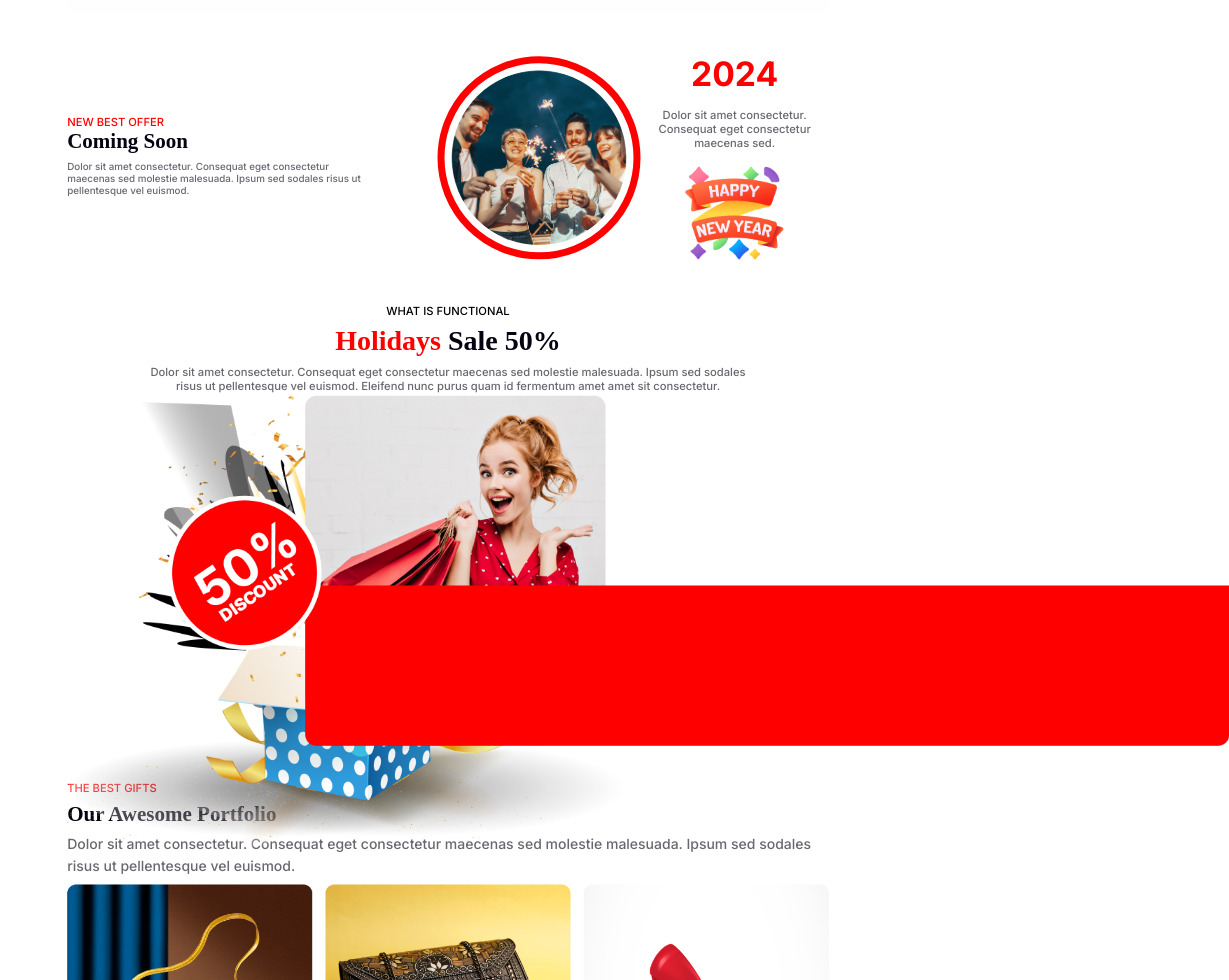
Repository: sumonkumarsarkar/new-year-2024
Page: index.html
These files come from the project's save history. The page is drawn as it stood at one moment and after the next save; the edit follows.
The browser window is 1280 px wide. The page is 1756 px wide, so the pictures cover 1756 px, including what lies to the right of the window. The pictures show the part of the page from y = 2359 to 3759 px (the page is 5500 px tall), at 70% of full size.

Above is the page before, as saved 2024-01-08 17:12:10.

### index.html
<!DOCTYPE html>
<html lang="en">
  <head>
    <meta charset="UTF-8" />
    <meta name="viewport" content="width=device-width, initial-scale=1.0" />
    <title>Happy Nwe Year-2024</title>
    <link rel="preconnect" href="https://fonts.googleapis.com" />
    <link rel="preconnect" href="https://fonts.gstatic.com" crossorigin />
    <link
      href="https://fonts.googleapis.com/css2?family=Inter:wght@100;200;300;500;600;700&display=swap"
      rel="stylesheet"
    />

    <link rel="stylesheet" href="https://cdnjs.cloudflare.com/ajax/libs/font-awesome/6.5.1/css/all.min.css" integrity="sha512-DTOQO9RWCH3ppGqcWaEA1BIZOC6xxalwEsw9c2QQeAIftl+Vegovlnee1c9QX4TctnWMn13TZye+giMm8e2LwA==" crossorigin="anonymous" referrerpolicy="no-referrer" />
    <link rel="stylesheet" href="/style.css" />
  </head>
  <body>
    <!-- banner-section start  -->
    <header>
      <div class="container banner">
        <div class="heading-text">
          <h4>Happy New Year</h4>
          <h3>New Year Party Celebration</h3>
        </div>
      </div>
    </header>
    <!-- banner-section end  -->

    <!-- holiday deal start  -->
    <section id="holiday-deal">
      <div class="container-holiday">
        <div class="holiday-text">
          <h2>65% OFF</h2>
          <p>OUR HOLIDAY DEALS ARE BETTER</p>
          <h4>ALL CATEGORIES</h4>
        </div>
        <div class="holiday-img">
          <img src="./image/New Year Photo.png" alt="" />
        </div>
      </div>
    </section>
    <!-- holiday deal end  -->

    <section id="midnight-section">
      <div class="container midnight-banner">
        <div class="midnight-content">
          <div class="midnight-text">
            <h3>Welcome to midnight party</h3>
            <p>
              Dolor sit amet consectetur. Consequat eget consectetur maecenas
              sed molestie malesuada. Ipsum sed sodales risus ut pellentesque
              vel euismod.
            </p>
            <button type="button">JOIN NOW</button>
          </div>
          <div class="midmight-img">
            <img src="./image/Group 70.png" alt="" />
          </div>
        </div>
      </div>
    </section>

     <!-- park hotel start  -->
<section id="park-hotel">
    <div class="container park-hotel-text">
     <p>Place: New Park Hotel</p>
     <p>Date: 31 December Night 2023</p>
     <p>Time: Evening 7.30 pm to 12.30 am</p>
     <button class="park-hotel-button" type="button">JOIN NOW</button>
    </div>
</section>
 <!-- park hotel end  -->


 <!-- best offer start  -->
 <section id="best-offer">
    <div class="container best-banner">
        <div class="best-offer-text">
            <div class="offer-text">
                <h5>NEW BEST OFFER</h5>
                <h4>Coming Soon</h4>
                <p>Dolor sit amet consectetur. Consequat eget consectetur maecenas sed molestie malesuada. Ipsum sed sodales risus ut pellentesque vel euismod. </p>
            </div>
            <div class="offer-img">
                <img src="./image/Ellipse 1.png" alt="">
            </div>
            <div class="offer-text-img">
                <h3>2024</h3>
                <p>Dolor sit amet consectetur. Consequat eget consectetur maecenas sed.</p>
                <img src="./image/Group 96.png" alt="">
            </div>

        </div>
    </div>
 </section>

 <!-- best offer end  -->

 <!-- holiday best offer start  -->

 <section id="holiday-offer">
    <div class="container">
        <div class="holiday-offer-text">
            <h5>WHAT IS FUNCTIONAL</h5>
            <h3><span>Holidays</span> Sale 50%</h3>
            <p>Dolor sit amet consectetur. Consequat eget consectetur maecenas sed
                molestie malesuada. Ipsum sed sodales risus ut pellentesque vel euismod. Eleifend nunc purus quam id fermentum amet amet sit consectetur.</p>
        </div>

        <div class="holiday-img">
            <div class="div1">
                <img src="./image/Group 75.png" alt="">
            </div>
            <div class="div2">
                <img src="./image/Group 44.png" alt="">
            </div>
            <div class="div3">
                <img src="./image/Rectangle 1.png" alt="">
            </div>
            <div class="div4">
                <img src="./image/Rectangle 2.png" alt="">
            </div>
        </div>

    </div>
 </section>
 <!-- holiday best offer end  -->

 <!-- portfolio section start  -->

<section id="fortfolio">
    <div class="container">
        <div class="protfolio-text-image">
            <div class="protfolio-text">
                   <h5>THE BEST GIFTS</h5>
                   <h4>Our Awesome Portfolio</h4>
                   <p>Dolor sit amet consectetur. Consequat eget consectetur maecenas sed molestie malesuada. Ipsum sed sodales risus ut pellentesque vel euismod. </p>
            </div>
            <div class="protfolio-image">
                <div class="image-div">
                    <img src="./image/Rectangle 3.png" alt="">
                    <img src="./image/Rectangle 4.png" alt="">
                    <img src="./image/Rectangle 5.png" alt="">
                </div>
                <div class="image-div">
                    <img src="./image/Rectangle 6.png" alt="">
                    <img src="./image/Rectangle 7.png" alt="">
                    <img src="./image/Rectangle 8.png" alt="">
                </div>

            </div>
        </div>
    </div>
</section>
 <!-- portfolio section end -->



 <section id="subscribe">
    <div class="container subscribe-banner">
        <div class="subscribe-content">
           <div class="subscribe-image">
            <img src="./image/Group 61.png" alt="">
           </div>
           <div class="subscribe-text">
            <h3>Subscribe Newsletter</h3>
            <p>Dolor sit amet consectetur. Consequat eget consectetur maecenas sed molestie malesuada. Ipsum sed sodales risus ut pellentesque vel euismod.</p>
           </div>

           <div class="subscribe-input">
            <input  type="email" placeholder="user@gmail.com">
            <button class="subscribe-button" type="submit">subscribe</button>
           </div>
        </div>
    </div>
 </section>

 <footer>
    <div class="footer-cntainer">
        <div class="footer-text">
            <div class="nornal-text">
                <p>44, Big Building Roosevelt Street</p>
                    <p>Beach Gardens Florida 33410</p>
            </div>
            <div class="icon-text">
                <p><span><i class="fa-solid fa-phone"></i></span> +00 123 584 124</p>
                <p><span><i class="fa-solid fa-globe"></i></span>www.website.com</p>
            </div>
        </div>
        <hr>
        <div class="icon-img">
           <img src="./image/Facebook.png" alt="">
           <img src="./image/Instagram.png" alt="">
           <img src="./image/Twitter.png" alt="">
           <img src="./image/Linkedin.png" alt="">
        </div>
       <div class="footer-last-text">
         <p>017, All Rights Reserved</p>
          <p>unsubscribe</p>
       </div>

    </div>
 </footer>


  </body>
</html>

### style.css
* {
    margin: 0;
    padding: 0;
}

body {
    font-family: "Inter", sans-serif;
    width:100%;
    max-width:1320px;
}

/* banner section end  */
.container {
    max-width: 1140px;
    width: 85%;
    margin: 50px auto;
}

.banner {
    background-image: url(./image/Banner\ Image.png);
    background-position: center;
    background-repeat: no-repeat;
    background-size: cover;
}

.heading-text {
    text-align: center;
    justify-content: center;
    padding: 177px 300px;
}

.heading-text h3 {
    color: #fff;
    text-align: center;
    font-family: Merriweather;
    font-size: 50px;
    font-style: normal;
    font-weight: 900;
}

.heading-text h4 {
    color: #fff;
    text-align: center;
    font-family: Merriweather;
    font-size: 25px;
    font-style: normal;
    font-weight: 400;
    line-height: normal;
}

/* banner section end  */

/* holiday -section start  */
.container-holiday {
    width: 85%;
    max-width: 680px;
    margin: 0 auto;
}

.holiday-text {
    text-align: center;
    justify-content: center;
    padding: 50px 50px;
    margin: 50px;
}

.holiday-text h2 {
    color: #f00;
    text-align: center;
    font-family: Inter;
    font-size: 70px;
    font-style: normal;
    font-weight: 700;
    line-height: normal;
}

.holiday-text p {
    color: #f00;

    text-align: center;
    font-family: Inter;
    font-size: 20px;
    font-style: normal;
    font-weight: 500;
    line-height: normal;
}

.holiday-text h4 {
    color: #070211;

    text-align: center;
    font-family: Inter;
    font-size: 35px;
    font-style: normal;
    font-weight: 700;
    line-height: normal;
}

.holiday-img {
    text-align: center;
    justify-content: center;
    width: 680px;
    height: 500px;
}

/* holiday -section start  */

/* midnight party start  */

.midnight-banner {
    background-image: url("./image/Vectorrr.png");
    background-position: center;
    background-repeat: no-repeat;
    background-size: cover;
}

.midnight-content {
    display: flex;
    justify-content: space-between;
    align-items: center;
}

.midnight-text {
    padding: 50px 0px 50px 50px;
    align-items: center;
}

.midnight-text h3 {
    align-items: center;
    color: #fff;
    font-family: Merriweather;
    font-size: 80px;
    font-style: normal;
    font-weight: 900;


}

.midnight-text p {
color: rgba(255, 255, 255, 0.80);
font-family: Inter;
font-size: 10px;
font-style: normal;
font-weight: 400;
line-height: 30px;
}

button {
    color: #FFF;
    text-align:center;
    font-family: Inter;
    font-size: 14px;
    font-style:normal;
    font-weight: 400;
    line-height: normal;
    text-transform:uppercase;
    background: #070211;
    border:none;
    padding: 10px 10px;
}

.midmight-img{
    padding:50px 50px ;
}

/* midnight party end */




/* park hotel start */

.park-hotel-text{
 background: linear-gradient(180deg, rgba(255, 0, 0, 0.10) 0%, rgba(255, 0, 0, 0.00) 100%);
 text-align: center;
 margin:0 auto;
 padding: 100px 0px;
}

.park-hotel-button{
color: #FFF;
text-align: center;
font-family: Inter;
font-size: 13px;
font-style: normal;
font-weight: 700;
line-height: normal;
text-transform: uppercase;
background: #f00;
margin-top: 20px;


}
/* park hotel end */


/* best offer start  */

.best-offer-text{
    display: flex;
    justify-content: space-between;
    align-items: center;
}
.best-banner{
    background: #FFF;
    margin-top: 50px;
}
.offer-text h5{
color: #F00;
font-family: Inter;
font-size: 16px;
font-style: normal;
font-weight: 500;
line-height: normal;
}
.offer-text h4{
    color: #070211;
    font-family: Merriweather;
    font-size:30px;
    font-style: normal;
    font-weight: 900;
    line-height: normal;
    text-transform: capitalize;
}
.offer-text p{
color: rgba(7, 2, 17, 0.60);
font-family: Inter;
font-size: 14px;
font-style: normal;
font-weight: 400;
padding: 10px 100px 10px 0px;

}
.offer-img img{
border-radius:200px;
border: 10px solid #F00;
padding: 10px;
width: 250px;

}
.offer-text-img{
    text-align: center;

}
.offer-text-img h3{
font-size: 48px;
font-style: normal;
font-weight: 700;
line-height: normal;
color: #f00;
padding-bottom: 20px;

}
.offer-text-img p{
    color: rgba(7, 2, 17, 0.60);

    font-family: Inter;
    font-size: 16px;
    font-style: normal;
    font-weight: 400;
    padding-bottom: 20px;

}



/* best offer end */

 /* holiday offer section start  */
.holiday-offer-text{
    text-align: center;
}
.holiday-offer-text h5{
font-size: 16px;
font-style: normal;
font-weight: 500;
line-height: normal;
padding: 5px 200px;
}
.holiday-offer-text h3{
    color: #070211;
    font-family: Merriweather;
    font-size: 40px;
    font-style: normal;
    font-weight: 900;
    line-height: normal;
    padding: 5px 200px;
}
.holiday-offer-text p{
color: rgba(7, 2, 17, 0.60);
text-align: center;
font-family: Inter;
font-size: 16px;
font-style: normal;
font-weight: 500;
padding: 5px 100px;
}
span{
    color: #f00;
}

.holiday-img{

    position: relative;

}
    .div1 img{
    position:absolute;

    top:0;
    left:0;


}
 .div2 img{
    position:absolute;

    left: 100px;
    top: 100px;
    z-index: 1;
}
 .div3 img{
    position:absolute;
    top:0;
    right:;

}
 .div4 img{
    position:absolute;
    bottom:0;



}



 /* holiday offer section end  */

/* portfolio section start  */

.protfolio-text h5{
color: #F00;
font-family: Inter;
font-size: 16px;
font-style: normal;
font-weight: 500;
line-height: normal;
margin-bottom: 10px;
}
.protfolio-text h4{
    color: #070211;
    font-family: Merriweather;
    font-size: 30px;
    font-style: normal;
    font-weight: 900;
    line-height: normal;
    text-transform: capitalize;
    margin-bottom: 10px;
}
.protfolio-text p{
color: rgba(7, 2, 17, 0.60);
font-family: Inter;
font-size: 20px;
font-style: normal;
font-weight: 400;
line-height: 32px;
margin-bottom: 10px;
}
.image-div{
    display: flex;
    justify-content:space-between;
    margin: 10px 0;

}

.image-div img{
   width:350px;
   height: 350px;

}
/* portfolio section end  */


/* subscribe section start  */

.subscribe-banner{
border-radius:16px;
background: rgba(255, 0, 0, 0.05);

}
.subscribe-content{
padding:100px 0;
text-align: center;
}
.subscribe-text h3{
color: #070211;
text-align: center;
font-family: Merriweather;
font-size:40px;
font-style: normal;
font-weight: 900;
line-height: normal;
text-transform: capitalize;
}
.subscribe-text p{
    color: rgba(7, 2, 17, 0.60);
    text-align: center;
    font-family: Inter;
    font-size: 16px;
    font-style: normal;
    font-weight: 400;
    line-height: 32px;
    padding: 10px 100px;
}

.subscribe-button{
color: #FFF;
text-align: center;
font-family: Inter;
font-size: 18px;
font-style: normal;
font-weight: 600;
line-height: normal;
text-transform: capitalize;
background: #F00;
border-radius:0px 50px 50px 0px;

}

.subscribe-input input{
display:inline-block;
border:none;
padding:15px;
width: 250px;
border-radius:50px 0px 0px 50px;
}
/* subscribe section end  */



/* footer section start  */
.footer-cntainer{
    width:100%;
    max-width:1320px;
    background: #070211;


}
.nornal-text p{
font-size: 16px;
font-style: normal;
font-weight: 500;
line-height: 40px;
color: #FFF;
}
.footer-text{
    display: flex;
    margin: 0 auto;
    justify-content: space-around;
    padding:50px 100px;


}
.icon-img{
    display: flex;
    justify-content: center;
    align-items: center;
    margin-top:50px;
}
.icon-img img{
    margin: 10px;
}
.icon-text{
 font-size: 16px;
font-style: normal;
font-weight: 500;
line-height: 40px;
color: #FFF;
}

.footer-last-text{
    display: flex;
    justify-content: space-between;
}
.footer-last-text p{
padding: 100px;
font-size: 16px;
font-style: normal;
font-weight: 500;
line-height: normal;
color: #FFF;
}
hr{
    width: 50%;
    color: #8f3f3f;
    margin: 0 auto;

}

/* footer section end  */

After the next save:
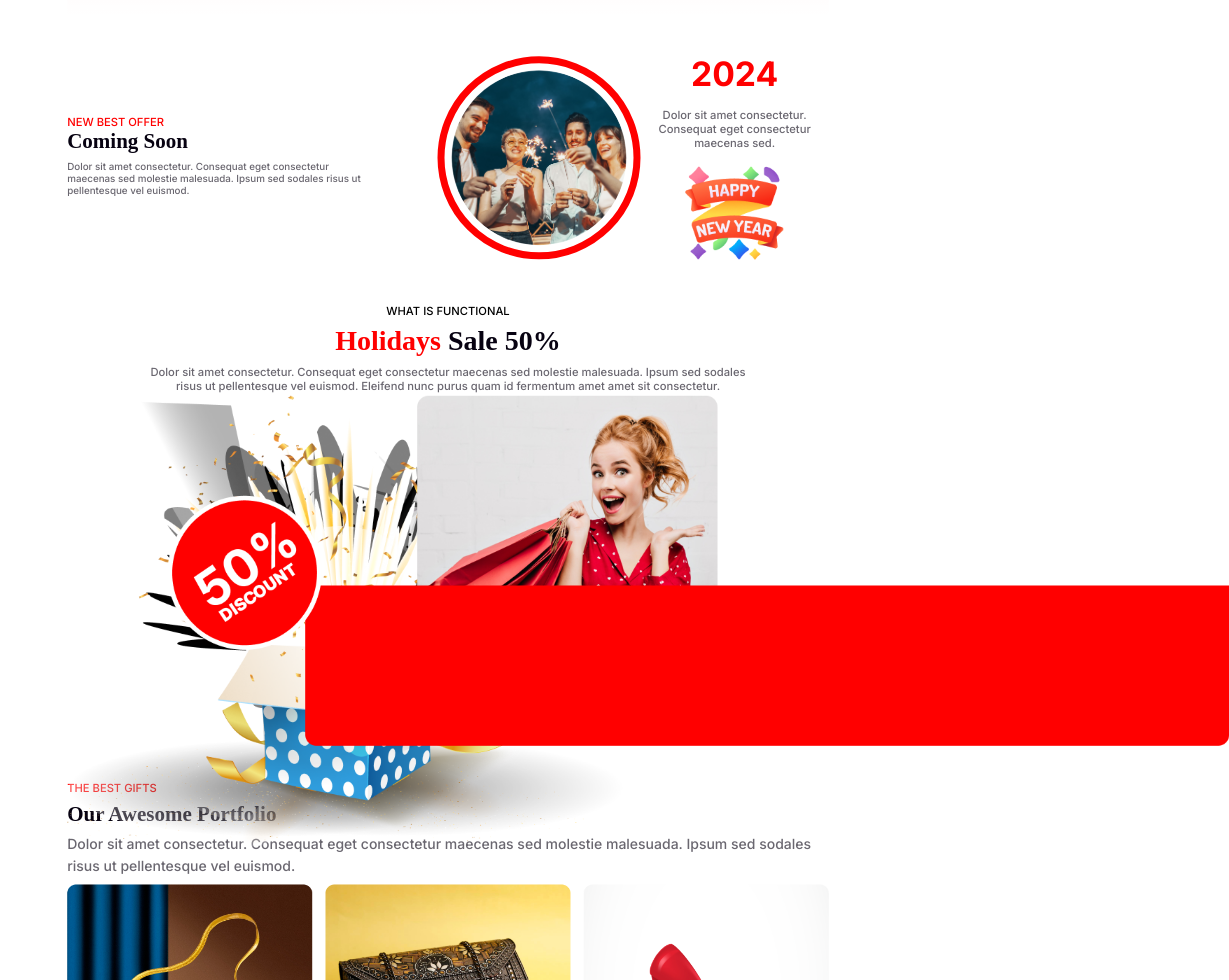
Saved 3 min 18 s later.
--- a/style.css
+++ b/style.css
@@ -322,7 +322,7 @@ span{
  .div3 img{
     position:absolute;
     top:0;
-    right:;
+    left: 500px;
 
 }
  .div4 img{
